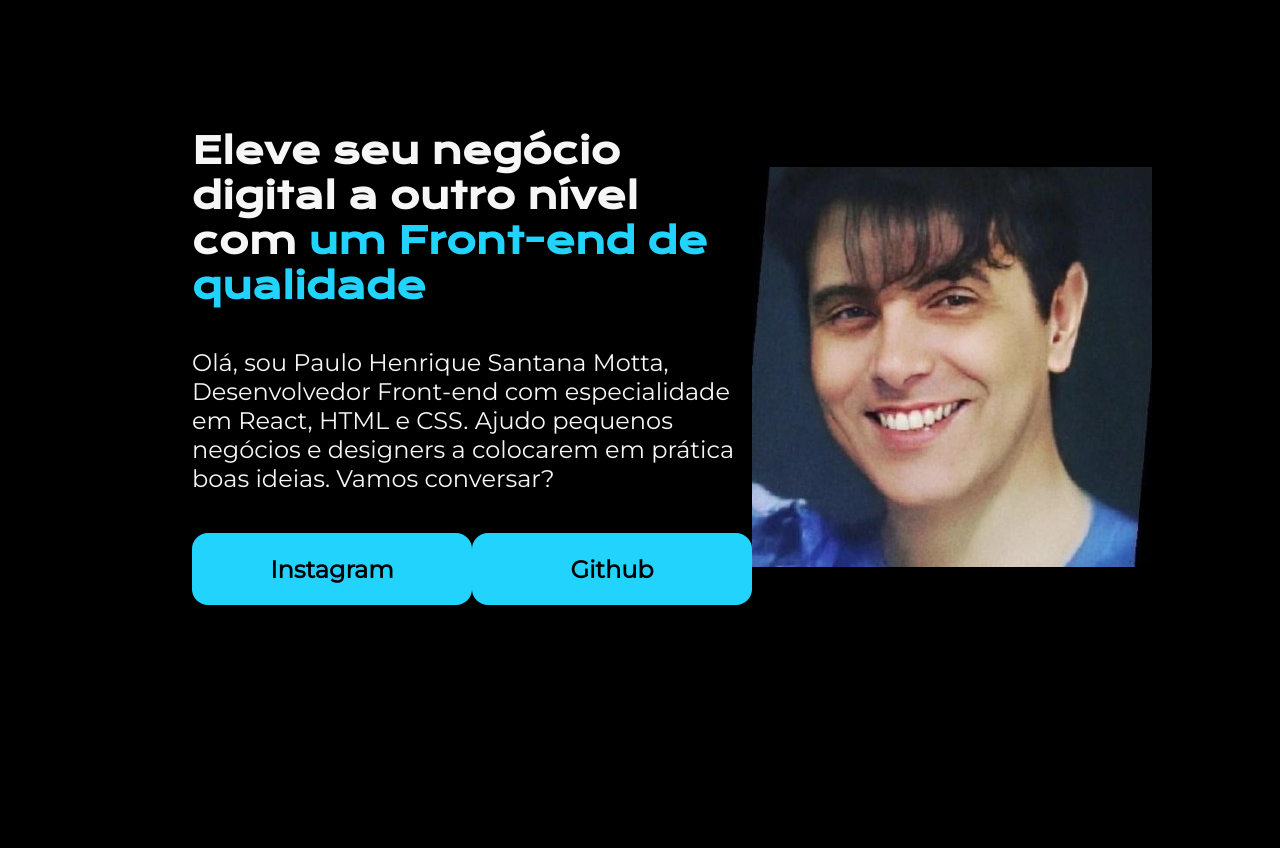
Repository: phsmottanerd/projeto-portfolio-alura
Page: index.html
The author's editor kept a copy of each file at every save. The page is drawn from the files as they stood at one save, then again after the next save.
The browser window is 1280 px wide. The pictures show the whole page.

Above is the page before, as saved 2025-01-24 02:40:18.

After the next save:
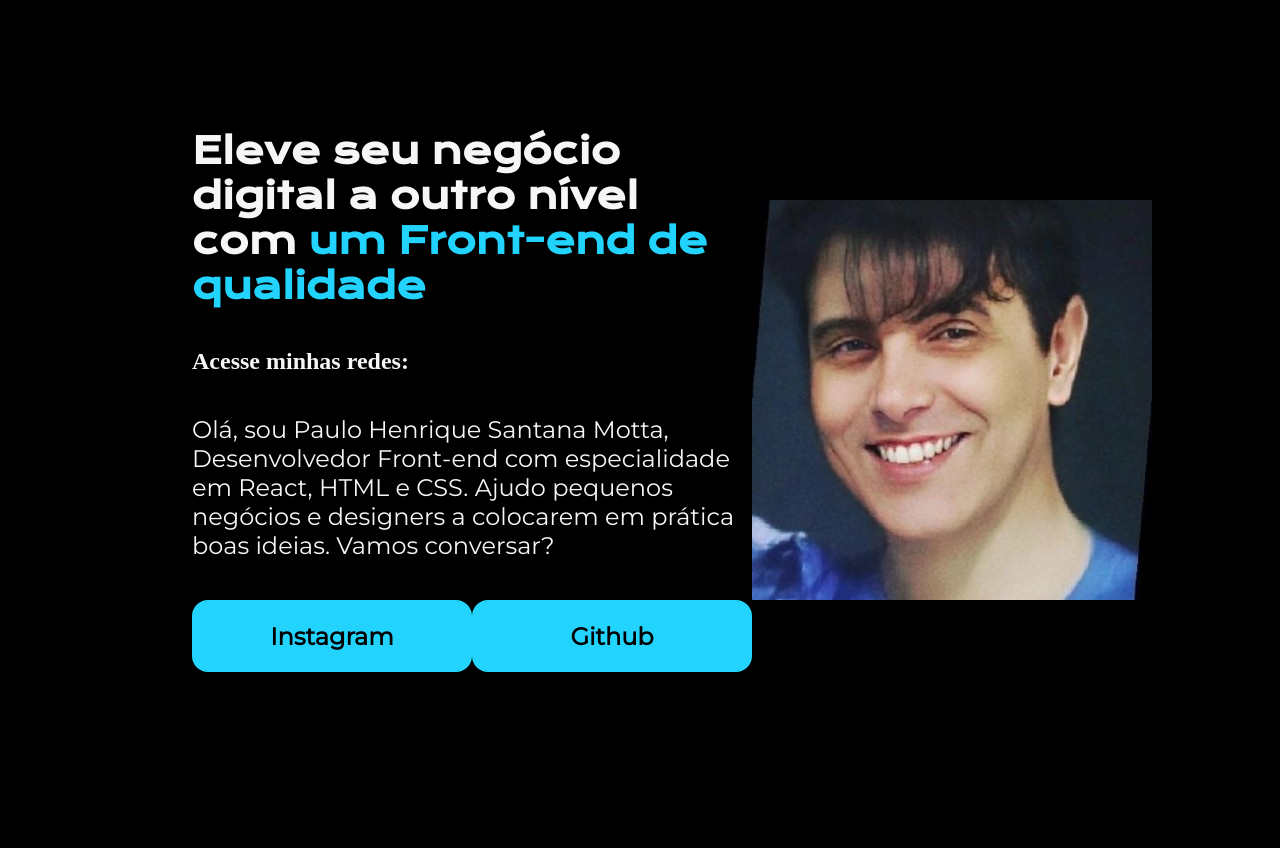
Saved 24 h 35 min later.
--- a/index.html
+++ b/index.html
@@ -16,6 +16,8 @@
             um Front-end de qualidade</strong
           >
         </h1>
+        <h2 class="apresentacao__conteudo__titulo__subtitulo">Acesse  minhas redes:</h2>
+
         <p class="apresentacao__conteudo__texto">
           Olá, sou Paulo Henrique Santana Motta, Desenvolvedor Front-end com
           especialidade em React, HTML e CSS. Ajudo pequenos negócios e
